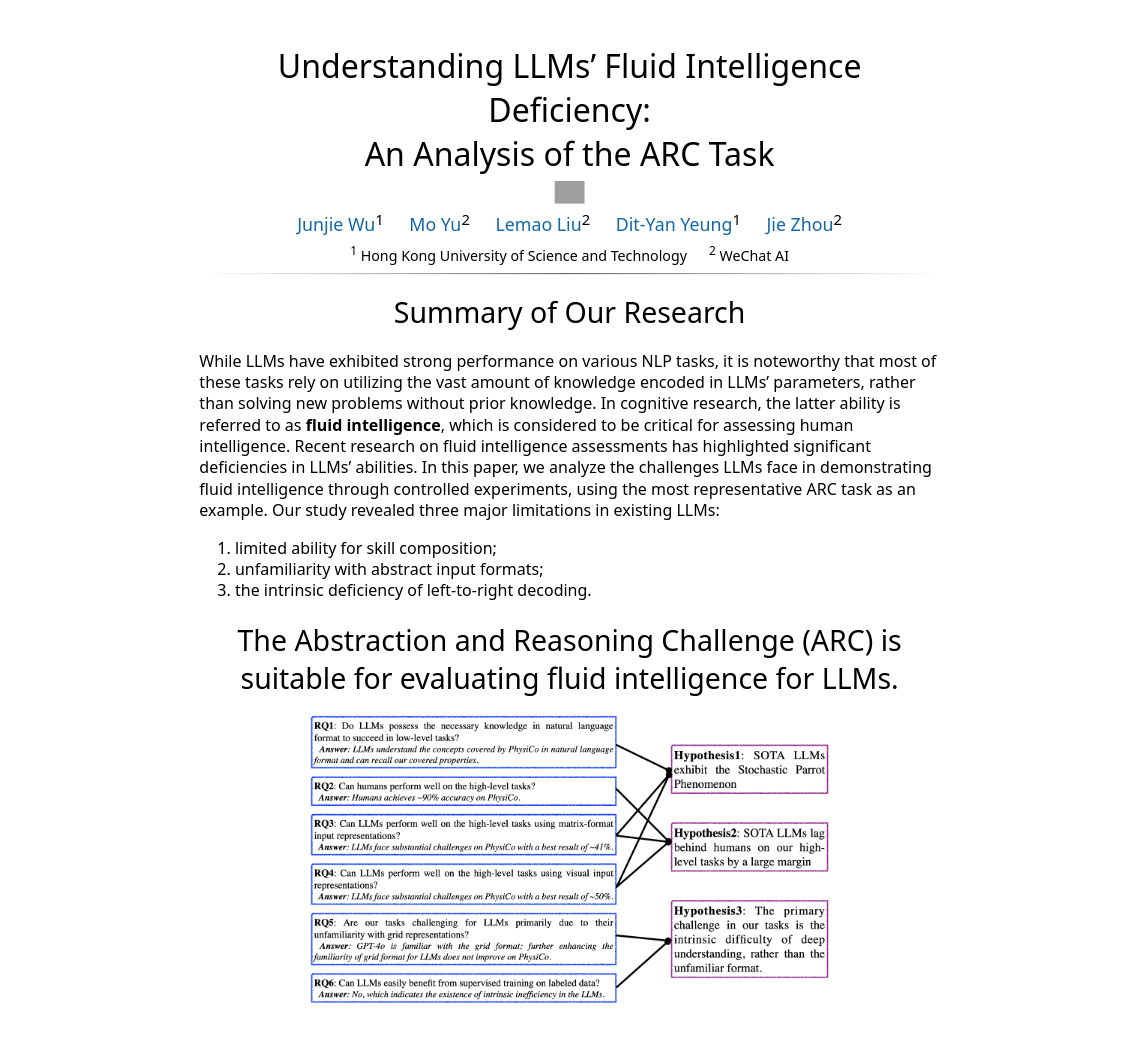
Repository: wujunjie1998/araoc-benchmark.github.io
Page: index.html
An editor plug-in stored every save of this project. The page is shown before and after the next save, followed by the edit.
The browser window is 1280 px wide. The pictures show the whole page, at 89% of full size.
Pictures or frames that could not be fetched are drawn as grey boxes.

Above is the page before, as saved 2025-02-07 22:11:48.

### index.html
<html>
  <head>
    <title>
      Understanding LLMs’ Fluid Intelligence Deficiency: An Analysis of the ARC Task
    </title>
    <link
      rel="icon"
      href="data:[embedded picture, 137 characters]"
    />
    <meta charset="UTF-8" />
    <meta name="viewport" content="width=device-width, initial-scale=1" />
    <link rel="stylesheet" href="./css/index.css" />
  </head>

  <body>
    <div class="header">
      <div class="paper-title">
        Understanding LLMs’ Fluid Intelligence Deficiency:
        <br />
        An Analysis of the ARC Task
      </div>
      <div>
        <!-- * Paper -->
        <span class="link-block">
          <a target="_blank" href="./paper.pdf"
            ><img
              class="badge"
              src="https://img.shields.io/badge/Paper-PDF-red?&labelColor=lightgray&logo=arxiv&logoColor=brown" /><img
          /></a>
        </span>
        <!-- * Dataset -->
        <!--
        <span class="link-block">
          <a
            target="_blank"
            href="https://huggingface.co/datasets/ShunchiZhang/PhysiCo/"
            ><img
              class="badge"
              src="https://img.shields.io/badge/HuggingFace-Dataset-yellow?labelColor=lightgray&logo=huggingface" /><img
          /></a>
        </span>
        -->

        <!-- * Code -->
         <!--
        <span class="link-block">
          <a target="_blank" href="https://github.com/physico-benchmark/physico"
            ><img
              class="badge"
              src="https://img.shields.io/badge/GitHub-Code-gray?labelColor=lightgray&logo=github&logoColor=gray" /><img /></a
        ></span>
        -->
        <!-- * Leaderboard -->
        <!--
        <span class="link-block">
          <a href="./leaderboard.html"
            ><img
              class="badge"
              src="https://img.shields.io/badge/Leaderboard-Visit-blue?labelColor=lightgray&logo=stackblitz&logoColor=367BAF" /><img /></a
        ></span>
        -->
        <!-- * X Threads -->
        <!--
        <span class="link-block">
          <a href="https://x.com/jieeijjie/status/1876713099752861782"
            ><img
              class="badge"
              src="https://img.shields.io/badge/Threads-black?labelColor=lightgray&logo=x&logoColor=gray" /><img /></a
        ></span>
        -->

      </div>
      <div>
        <div class="author-list">
          <span class="author-block"
            ><a href="https://wujunjie1998.github.io/">Junjie Wu</a
            ><sup>1</sup></span
          >
          <span class="author-block"
            ><a href="https://sites.google.com/site/moyunlp/">Mo Yu</a
            ><sup>2</sup></span
          >
          <span class="author-block"
            ><a href="https://lemaoliu.github.io">Lemao Liu</a
            ><sup>2</sup></span
          >
          <span class="author-block"
            ><a href="https://sites.google.com/view/dyyeung">Dit-Yan Yeung</a
            ><sup>1</sup></span
          >
          <span class="author-block"
            ><a href="https://openreview.net/profile?id=~Jie_Zhou8">Jie Zhou</a
            ><sup>2</sup></span
          >
        </div>
        <div class="inst-list">
          <span class="institution-block"><sup>1</sup> Hong Kong University of Science and Technology</span>
          <span class="institution-block"><sup>2</sup> WeChat AI</span>
        </div>
      </div>
    </div>
    <!--
    <div class="teaser">
      <center>
        <img src="./img/teaser.png" />
        <figcaption>
          Illustration of a "Stochastic Parrot 🦜" by our
          <span class="dataset-name">PhysiCo</span> task consisting of both
          <b style="color: #a47b48">low-level</b> and
          <b style="color: #153cf9">high-level</b> subtasks in parallel. For a
          concept <i>Gravity</i>, an LLM can generate its accurate description
          in natural language, but cannot interpret its grid-format
          illustration.
        </figcaption>
      </center>
    </div>
  -->
    <hr />

    <!-- ^ Summary of Our Research -->
    <center><h1>Summary of Our Research</h1></center>
    <div class="content">
      <!-- <p style="font-size: large; text-align: center">
        <b>TL;DR:</b>
      </p> -->
      <p>
        While LLMs have exhibited strong performance on various NLP tasks, it is noteworthy that most of these tasks rely on utilizing the vast amount of knowledge encoded in LLMs’ parameters, rather than solving new problems without prior knowledge. In cognitive research, the latter ability is referred to as <strong>fluid intelligence</strong>, which is considered to be critical for assessing human intelligence. Recent research on fluid intelligence assessments has highlighted significant deficiencies in LLMs’ abilities. In this paper, we analyze the challenges LLMs face in demonstrating fluid intelligence through controlled experiments, using the most representative ARC task as an example. Our study revealed three major limitations in existing LLMs:
      </p>
      <ol>
        <li>limited ability for skill composition;</li>
        <li>
          unfamiliarity with abstract input formats;
        </li>
        <li>
          the intrinsic deficiency of left-to-right decoding.
        </li>
      </ol>
    </div>

    <!-- ^ Physical Concepts Covered by `PhysiCo` -->
     <!--
    <center>
      <h1>
        Physical Concepts Covered by <span class="dataset-name">PhysiCo</span>
      </h1>
    </center>
    <div class="content narrower">
      <p>
        <strong>Core-Dev Set.</strong>&ensp;<span style="font-size: smaller">
          <span style="color: darkgray">acceleration</span>
          <span style="color: gray">buoyancy</span>
          <span style="color: darkgray">communicating vessels</span>
          <span style="color: gray">compression</span>
          <span style="color: darkgray">cut</span>
          <span style="color: gray">diffraction of waves</span>
          <span style="color: darkgray">diffuse reflection of light</span>
          <span style="color: gray">diffusion</span>
          <span style="color: darkgray">electricity</span>
          <span style="color: gray">expansion</span>
          <span style="color: darkgray">gravity</span>
          <span style="color: gray">inertia</span>
          <span style="color: darkgray">laser</span>
          <span style="color: gray">lever</span>
          <span style="color: darkgray">light imaging</span>
          <span style="color: gray">move</span>
          <span style="color: darkgray">nuclear fission</span>
          <span style="color: gray">nuclear fusion</span>
          <span style="color: darkgray">reference frame</span>
          <span style="color: gray">reflection</span>
          <span style="color: darkgray">refraction</span>
          <span style="color: gray">repulsive force</span>
          <span style="color: darkgray"
            >spectrum of light and optical filters</span
          >
          <span style="color: gray">surface tension</span>
          <span style="color: darkgray">vortex</span>
          <span style="color: gray">wave</span>
          <span style="color: darkgray">wave interference</span></span
        >
      </p>
      <p>
        <strong>Core-Test Set.</strong>&ensp;<span style="font-size: smaller">
          <span style="color: darkgray">Bernoulli effect</span>
          <span style="color: gray">Brownian motion</span>
          <span style="color: darkgray">atmospheric pressure</span>
          <span style="color: gray">doppler effect</span>
          <span style="color: darkgray">elastic force</span>
          <span style="color: gray">electromagnetic wave</span>
          <span style="color: darkgray">energy conservation</span>
          <span style="color: gray">fictitious force</span>
          <span style="color: darkgray">fluid pressure</span>
          <span style="color: gray">force composition</span>
          <span style="color: darkgray">friction</span>
          <span style="color: gray">heat conduction</span>
          <span style="color: darkgray">inclined plane</span>
          <span style="color: gray">lifting</span>
          <span style="color: darkgray">lighting</span>
          <span style="color: gray">melting</span>
          <span style="color: darkgray">oscillation</span>
          <span style="color: gray">photoelectric effect</span>
          <span style="color: darkgray">pulley</span>
          <span style="color: gray">relativity</span>
          <span style="color: darkgray">resonance</span>
          <span style="color: gray">siphon</span>
          <span style="color: darkgray">splashing</span>
          <span style="color: gray">thermal expansion and contraction</span>
          <span style="color: darkgray">vaporization</span></span
        >
      </p>
      <p>
        <strong>Associative-Test Set.</strong>&ensp;<span
          style="font-size: smaller"
        >
          <span style="color: darkgray">change of reference frame</span>
          <span style="color: gray">chemical bond</span>
          <span style="color: darkgray">compression</span>
          <span style="color: gray">diffusion</span>
          <span style="color: darkgray">expansion</span>
          <span style="color: gray">explosion</span>
          <span style="color: darkgray">gravity</span>
          <span style="color: gray">laser</span>
          <span style="color: darkgray">long exposure</span>
          <span style="color: gray">lumination</span>
          <span style="color: darkgray">magnet</span>
          <span style="color: gray">mirror</span>
          <span style="color: darkgray">move</span>
          <span style="color: gray">nuclear fission</span>
          <span style="color: darkgray">nuclear fusion</span>
          <span style="color: gray">optical filter</span>
          <span style="color: darkgray">polarization of light</span>
          <span style="color: gray">projection</span>
          <span style="color: darkgray">reflection</span>
          <span style="color: gray">rotation</span>
          <span style="color: darkgray">squeeze</span>
          <span style="color: gray">vacuum</span>
          <span style="color: darkgray">vortex</span>
          <span style="color: gray">water ripples</span>
          <span style="color: darkgray">wave</span>
          <span style="color: gray">wave interference</span>
          <span style="color: darkgray">wetting</span>
          <span style="color: gray">zoom in</span>
          <span style="color: darkgray">zoom out</span></span
        >
      </p>
    </div>
  -->
    <!-- ^ Our Studies and Findings -->
    <center><h1>The Abstraction and Reasoning Challenge (ARC) is suitable for evaluating fluid intelligence for LLMs.</h1></center>
    <div class="content">
      <!-- <p>Foo Bar</p> -->
      <center>
        <img src="./img/rq.png" width="70%" />
        <!-- <figcaption style="text-align: center">
          6 Research Questions (RQs) and 3 Hypotheses
        </figcaption> -->
      </center>
    </div>
  </body>
</html>

### css/index.css
@import url("https://fonts.googleapis.com/css2?family=Noto+Sans:ital,wght@0,100..900;1,100..900&display=swap");

body {
  font-family: "Noto Sans", sans-serif;
  font-optical-sizing: auto;
  font-style: normal;
  font-variation-settings: "wdth" 100;
  font-weight: 400;
  font-size: 18px;
  margin: 50px auto;
  width: 65%;
}

div.header,
div.teaser,
div.content {
  margin-left: auto;
  margin-right: auto;
}

div.narrower {
  width: 80% !important;
}

div.header div {
  margin: 6px;
  text-align: center;
}

div.teaser img {
  max-width: 60%;
}

.paper-title {
  font-size: 36px;
}

.author-block {
  font-size: 20px;
  margin: 0px 12px;
}

.institution-block {
  font-size: 16px;
  margin: 0px 10px;
}

.note-block {
  color: gray;
  font-size: 16px;
}

.link-block {
  font-size: 24px;
  font-weight: bold;
  margin: 0px 5px;
}

.badge {
  width: auto;
  height: 2vw;
}

.dataset-name {
  font-weight: bold;
  color: #81a526;
}

h1 {
  font-size: 32px;
  font-weight: 300;
}

.disclaimerbox {
  background-color: #eee;
  border: 1px solid #eeeeee;
  border-radius: 10px;
  -moz-border-radius: 10px;
  -webkit-border-radius: 10px;
  padding: 20px;
}

video.header-vid {
  height: 140px;
  border: 1px solid black;
  border-radius: 10px;
  -moz-border-radius: 10px;
  -webkit-border-radius: 10px;
}

figcaption {
  margin: 10px 0px;
  width: 80%;
  text-align: left;
}

img.header-img {
  height: 140px;
  border: 1px solid black;
  border-radius: 10px;
  -moz-border-radius: 10px;
  -webkit-border-radius: 10px;
}

img.rounded {
  border: 1px solid #eeeeee;
  border-radius: 10px;
  -moz-border-radius: 10px;
  -webkit-border-radius: 10px;
}

a:link,
a:visited {
  color: #1367a7;
  text-decoration: none;
}
a:hover {
  color: #208799;
}

td.dl-link {
  height: 160px;
  text-align: center;
  font-size: 22px;
}

.vert-cent {
  position: relative;
  top: 50%;
  transform: translateY(-50%);
}

hr {
  border: 0;
  height: 1px;
  background-image: linear-gradient(
    to right,
    rgba(0, 0, 0, 0),
    rgba(0, 0, 0, 0.75),
    rgba(0, 0, 0, 0)
  );
}

.citation {
  text-align: left;
  font-family: monospace;
  font-size: 8pt;
  text-wrap: auto;
}

@media screen and (max-width: 1120px) {
  body {
    font-size: 16px;
    width: 90%;
  }
  div.teaser img {
    max-width: 100%;
  }
  .paper-title {
    font-size: 26px;
  }
  .author-block,
  .institution-block,
  .note-block {
    font-size: 14px;
  }
  .link-block {
    font-size: 20px;
  }
  .badge {
    width: auto;
    height: 28px;
    margin-top: 3px;
    margin-bottom: 3px;
  }
  h1 {
    font-size: 26px;
  }
}

After the next save:
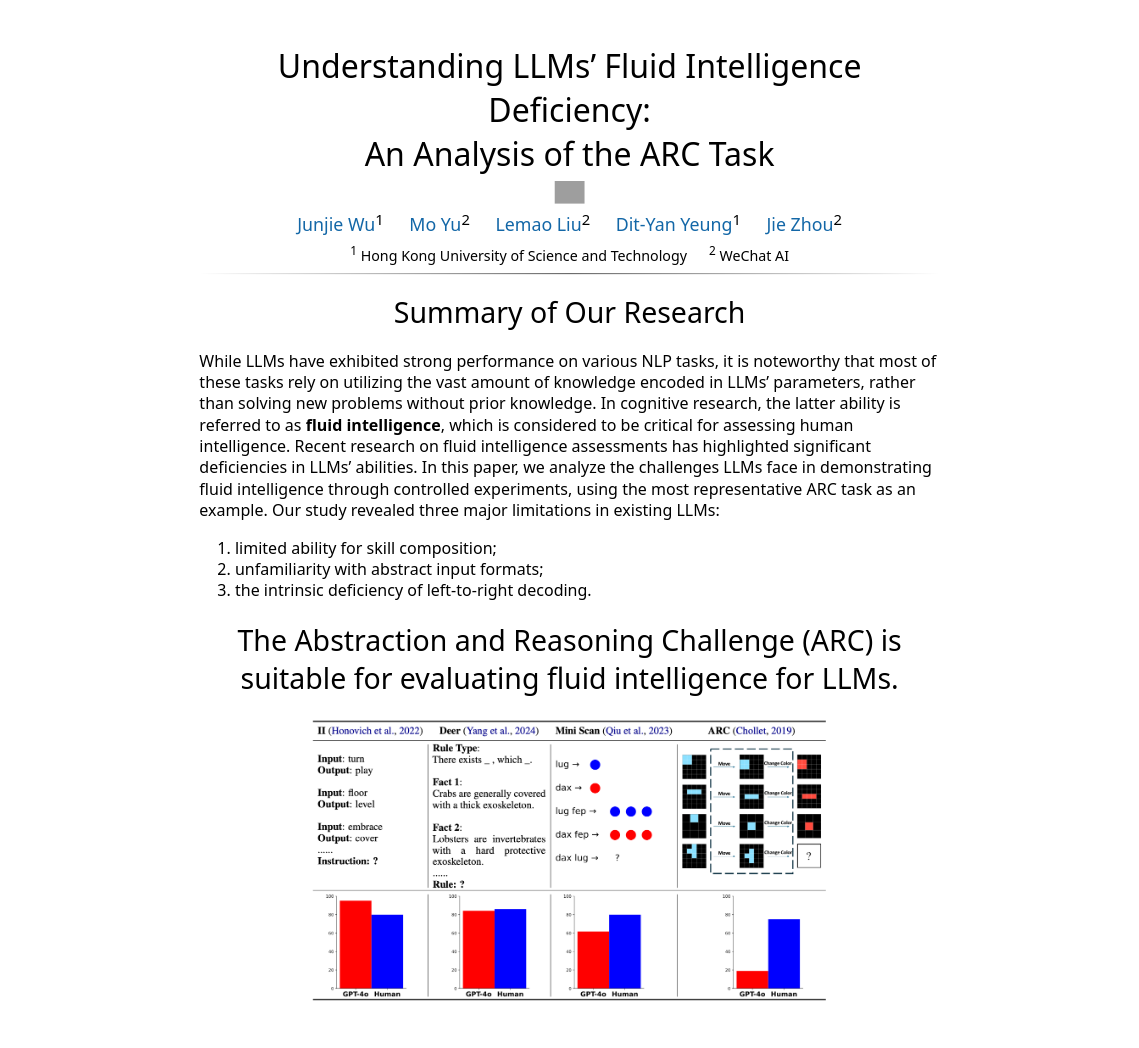
Saved 11 s later.
--- a/index.html
+++ b/index.html
@@ -249,7 +249,7 @@
     <div class="content">
       <!-- <p>Foo Bar</p> -->
       <center>
-        <img src="./img/rq.png" width="70%" />
+        <img src="./img/fluid1.png" width="70%" />
         <!-- <figcaption style="text-align: center">
           6 Research Questions (RQs) and 3 Hypotheses
         </figcaption> -->
